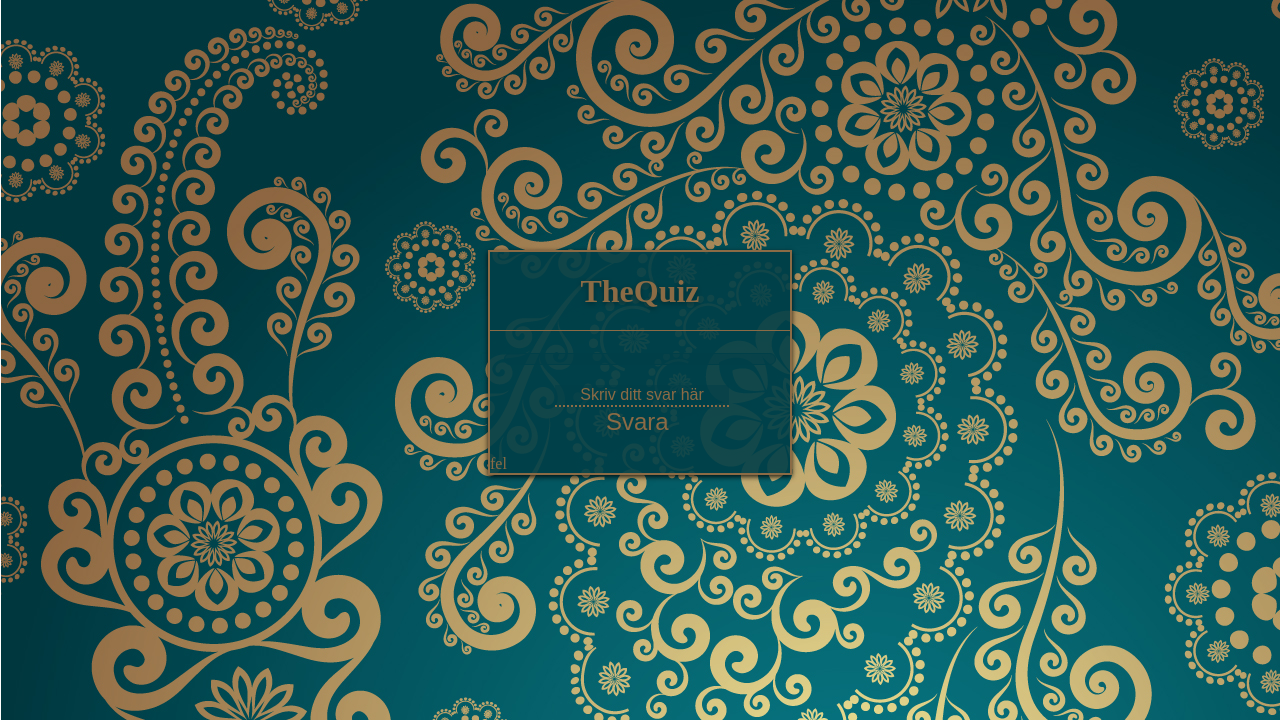
Repository: RebeccaFransson/1dv403-laborationer
Page: 4-thequiz/index.html
The author's editor kept a record of every edit. The page is drawn from the files as they stood at one moment, then again after the next edit.
The browser window is 1280 px wide. The pictures show the whole page.

Above is the page before.
Console error: SyntaxError: Unexpected token ')'

After the next edit:
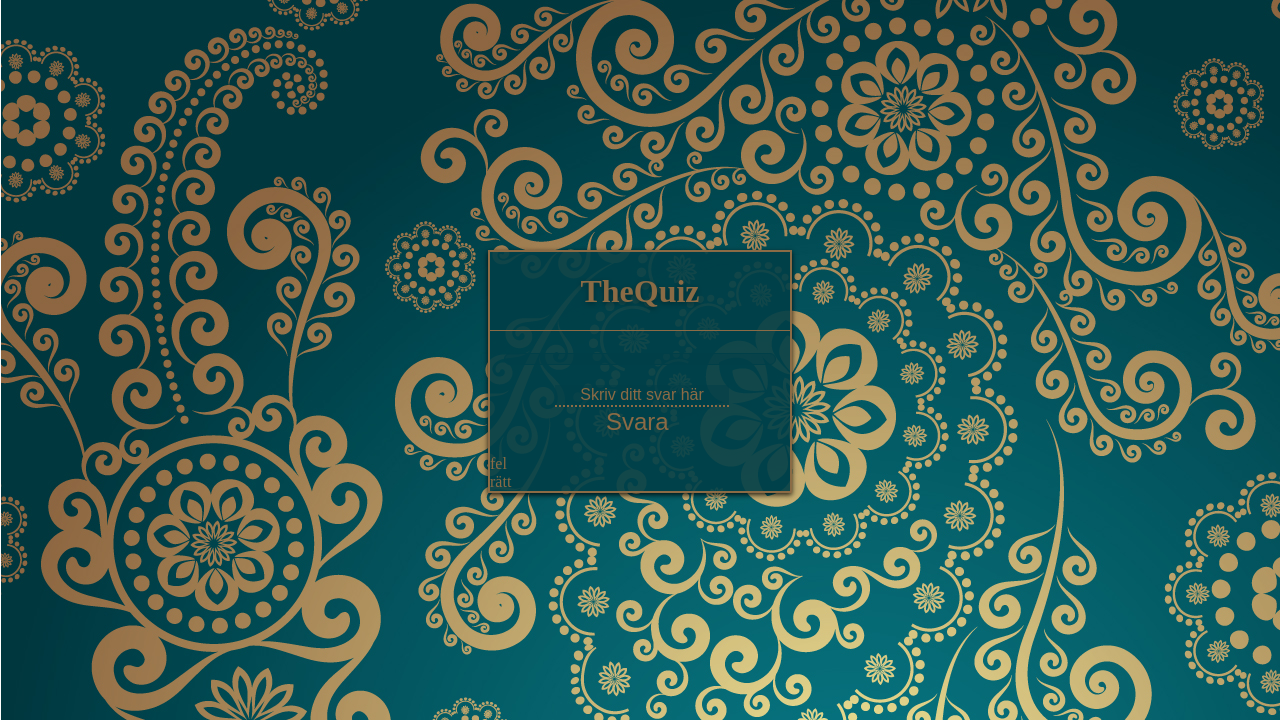
The edit:
--- a/4-thequiz/index.html
+++ b/4-thequiz/index.html
@@ -20,7 +20,7 @@
 
         <div id="wrong" class="">fel
         </div>
-        <div id="right" class="">
+        <div id="right" class="">rätt
         </div>
 
  		</div>
